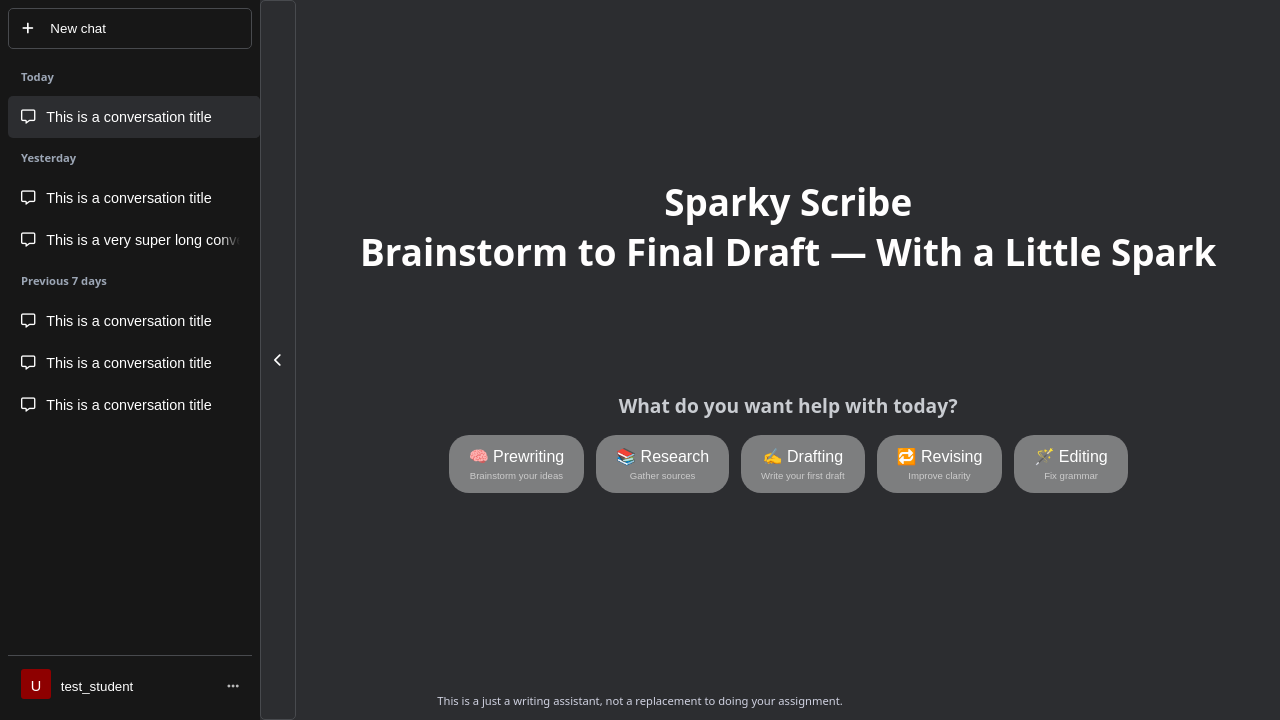
Repository: nysajain/asu-ai-writing-assistant
Page: frontend/index.html
These files come from the project's save history. The page is drawn as it stood at one moment and after a run of saves; the edit follows.
The browser window is 1280 px wide. The pictures show the whole page.

Above is the page before, as saved 2025-04-21 15:50:04.
Console error: SyntaxError: Invalid or unexpected token

After the next 4 saves:
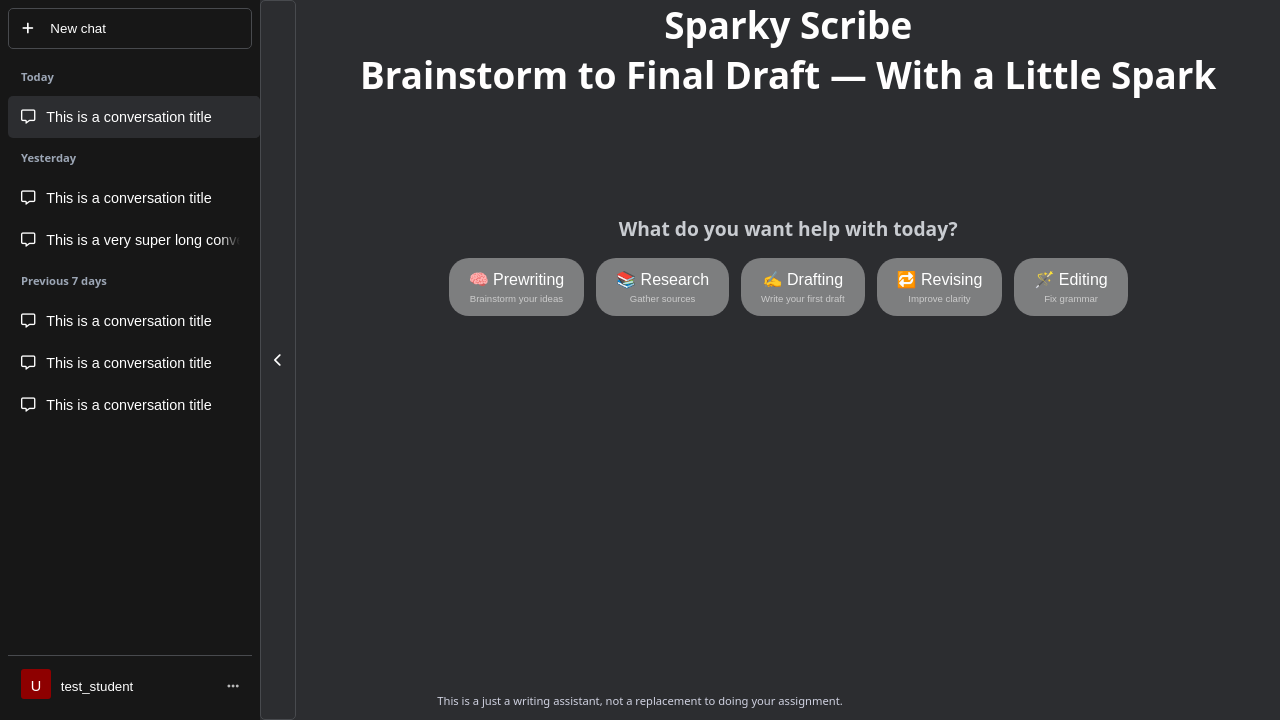
The 4 saves are shown as one change because they came seconds apart.
The last was saved 20 s later.
--- a/frontend/style.css
+++ b/frontend/style.css
@@ -336,6 +336,8 @@
     font-size: 2.3em;
 }
 
+.logo p
+
 
 .view.new-chat-view {
     display: flex;
